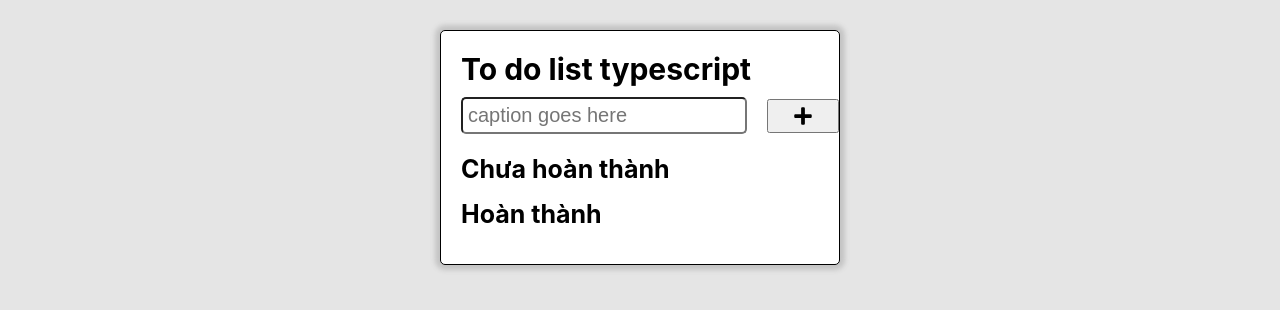
Repository: Nhatktvn/TodoListReactTs
Page: /
An editor plug-in stored every save of this project. The page is shown before and after the next save, followed by the edit.
The browser window is 1280 px wide. The pictures show the whole page.
The project was rebuilt for these pictures with package versions that can differ from the ones it lists, and the page was loaded fresh each time.

Above is the page before, as saved 2023-11-08 16:51:05.

After the next save:
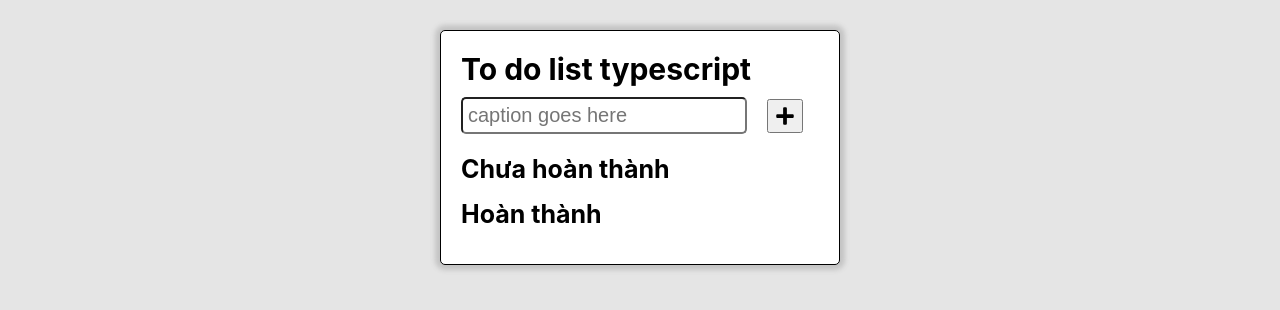
Saved 18 s later.
--- a/src/components/TaskInput/taskInput.module.scss
+++ b/src/components/TaskInput/taskInput.module.scss
@@ -17,7 +17,7 @@
   }
   button {
     flex: 0 0 20%;
-    max-width: 20%;
+    max-width: 10%;
     flex-shrink: 0;
     cursor: pointer;
     display: flex;
